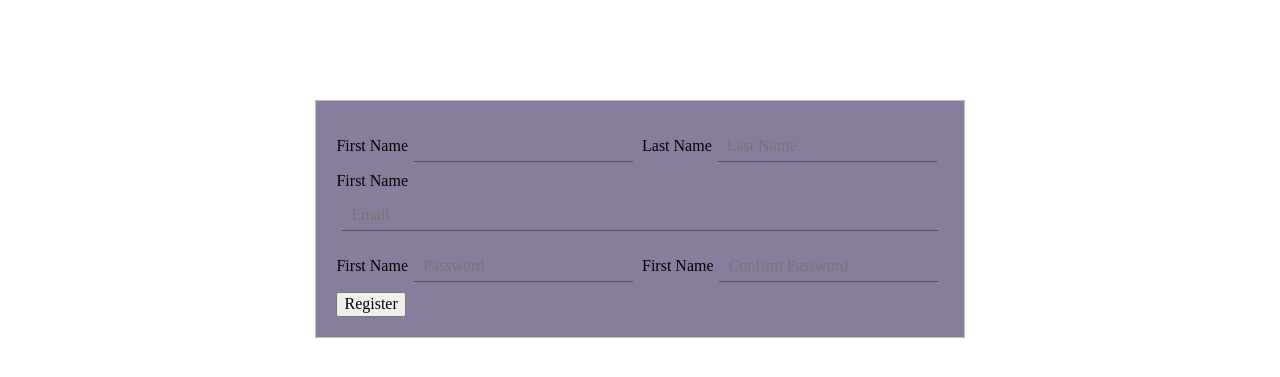
Repository: AMAmine89/vanilla-projects
Page: formo/index.html
These files come from the project's save history. The page is drawn as it stood at one moment and after the next save; the edit follows.
The browser window is 1280 px wide. The pictures show the whole page.

Above is the page before, as saved 2021-05-05 07:04:40.

### formo/index.html
<!DOCTYPE html>
<html lang="en">
<head>
    <meta charset="UTF-8">
    <meta http-equiv="X-UA-Compatible" content="IE=edge">
    <meta name="viewport" content="width=device-width, initial-scale=1.0">
    <link rel="stylesheet" href="css/normalize.css">
    <link rel="stylesheet" href="style.css">
    <title>Formo</title>
</head>
<body>
    <section>
        <form>
            <div class="double-block">
                <span class="first-name"><input type="text" name="first-name" id="first-name"></span>
                <span class="last-name"><input type="text" name="last-name" placeholder="Last Name"></span>
            </div>
            <div>
                <span class="email"><input type="email" name="email" placeholder="Email"></span>
            </div>
            <div class="double-block">
                <span class="password"><input type="password" name="password" placeholder="Password"></span>
                <span class="confirm-password"><input type="password" name="confirm-password" placeholder="Confirm Password"></span>
            </div>
            <div>
                <input type="submit" value="Register">
            </div>
        </form>
    </section>
</body>
</html>

### formo/style.css
section {
    display: flex;
    justify-content: center;
    margin-top: 100px;
}

form {
    background: rgba(42, 22, 78, 0.555);
    padding: 20px;
    border: 1px solid rgb(187, 187, 187);
    border-radius: 0%;
    -webkit-border-radius: 0%;
    -moz-border-radius: 0%;
    -ms-border-radius: 0%;
    -o-border-radius: 0%;
}

div {
    position: relative;
}

input:not(input[type="submit"]) {
    padding: 5px 10px;
    height: 20px;
    background: transparent;
    border-top: none;
    border-right: none;
    border-left: none;
    border-bottom: solid 1px rgba(49, 49, 49, 0.527);
    margin: 10px 5px;
    outline: none;
}

input[type="email"] {
    width: -webkit-fill-available;
}

input:not(input[type="submit"])::after {
    content: '';
    width: 0;
    display: block;
    height: 1px;
    color: rgb(49, 49, 49);
    border-bottom: solid 1px;
    transition: width .3s ease-in-out;
    -webkit-transition: width .3s ease-in-out;
    -moz-transition: width .3s ease-in-out;
    -ms-transition: width .3s ease-in-out;
    -o-transition: width .3s ease-in-out;
}

input:not(input[type="submit"]):focus::after {
    width: 100%;
}

.first-name::before {
    content: 'First Name';
}

.last-name::before {
    content: 'Last Name';
}

.email::before {
    content: 'First Name';
}
.password::before {
    content: 'First Name';
}
.confirm-password::before {
    content: 'First Name';
}



.span::before {
    cursor: text;
    display: inline-block;
    position: absolute;
    top: 16px;
    left: 16px;
    bottom: 0;
    z-index: -1;
    font-size: initial;
    transition: all .3s ease-in-out;
    -webkit-transition: all .3s ease-in-out;
    -moz-transition: all .3s ease-in-out;
    -ms-transition: all .3s ease-in-out;
    -o-transition: all .3s ease-in-out;
}

.span:focus-within::before  {
    top: 0;
    left: 10px;
    bottom: 30px;
    font-size: .85em;
}

label {
    cursor: text;
    display: inline-block;
    position: relative;
    bottom: auto;
    left: -180px;
    transition: bottom .7s ease-in-out;
    -webkit-transition: bottom .7s ease-in-out;
    -moz-transition: bottom .7s ease-in-out;
    -ms-transition: bottom .7s ease-in-out;
    -o-transition: bottom .7s ease-in-out;
}

Loaded but not shown: formo/normalize.css (library)

After the next save:
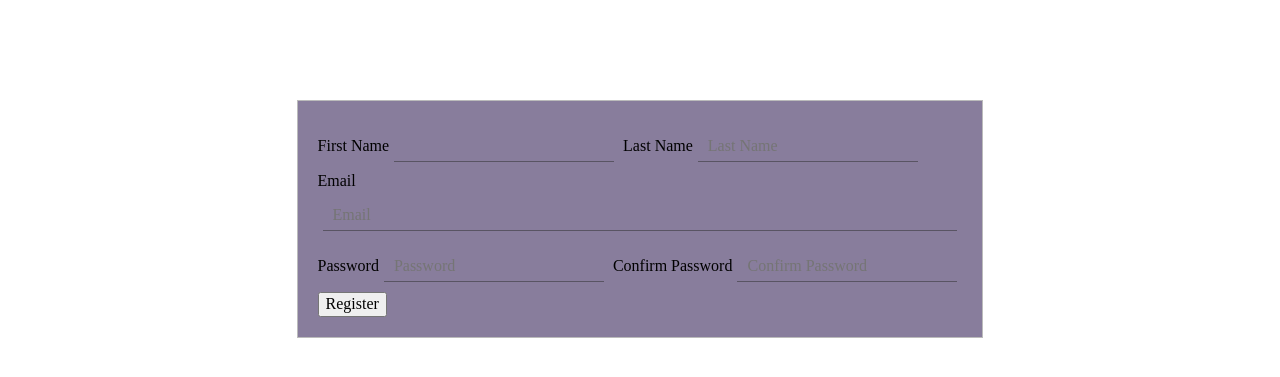
Saved 17 s later.
--- a/formo/style.css
+++ b/formo/style.css
@@ -62,13 +62,13 @@ input:not(input[type="submit"]):focus::after {
 }
 
 .email::before {
-    content: 'First Name';
+    content: 'Email';
 }
 .password::before {
-    content: 'First Name';
+    content: 'Password';
 }
 .confirm-password::before {
-    content: 'First Name';
+    content: 'Confirm Password';
 }
 
 
